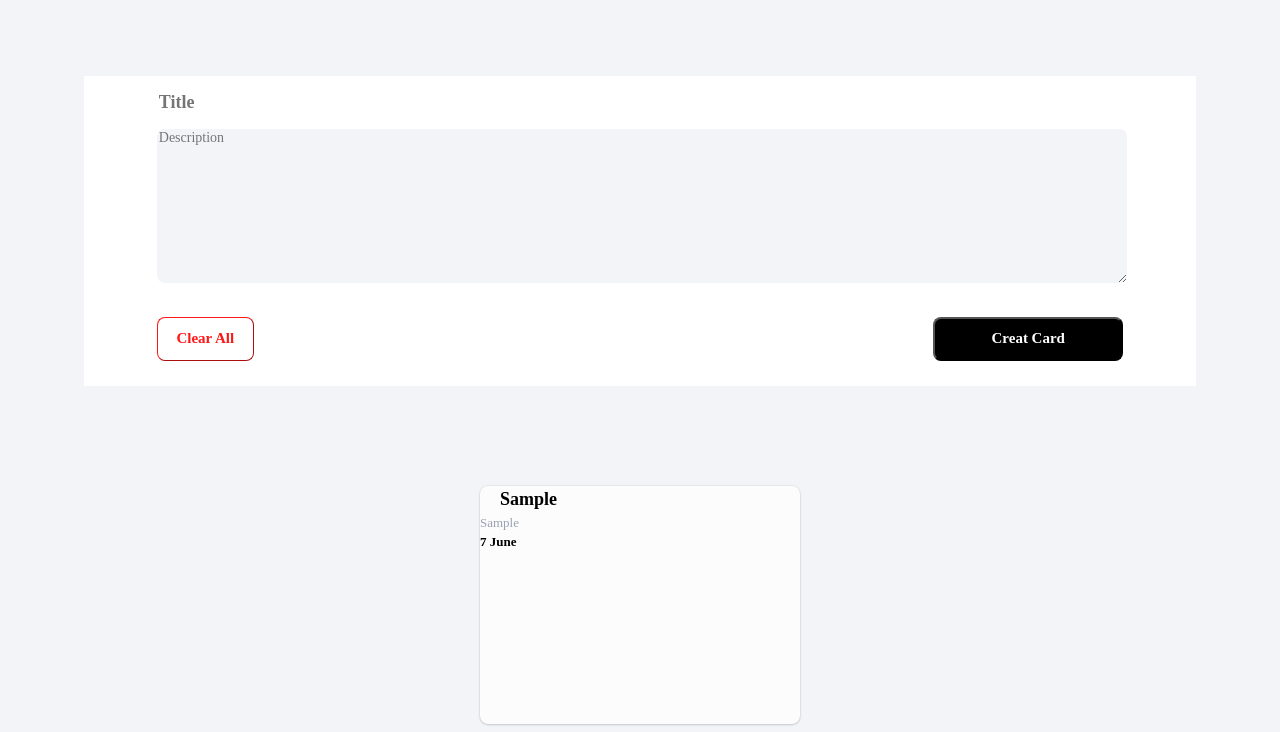
Repository: ReyhanehRahmani/TO-DO
Page: index.html
These files come from the project's save history. The page is drawn as it stood at one moment and after the next save; the edit follows.
The browser window is 1280 px wide. The pictures show the whole page.
Empty fields were first filled with sample values (such as "Sample", 5 or name@example.com).
After loading, the first visible `#creatbut` was clicked once.

Above is the page before, as saved 2025-06-08 10:45:06.

### index.html
<!DOCTYPE html>

<html lang="en">

    <head>

        <meta name="viewport" content="width=device-width, initial-scale=1.0" />

        <title>TO-DO</title>

        <link rel="icon" type="image/jpg" href="favicon.png">

        <link rel="stylesheet" href="style.css">

    </head>
    <body>
        <div id="main-card">
            <div id="content">
                <div >
                <div id="title">
                    <input type="text" id="titlebox" minlength="3" maxlength="30" placeholder="Title">
                </div>
                <div id="description">
                    <textarea type="text" id="descriptionbox" maxlength="200" placeholder="Description"></textarea>
                </div>
                </div>

                <div id="buttons">
                    <div id="clear"><button id="clearbut">Clear All</button></div>
                    <div id="creat"><button id="creatbut">Creat Card</button></div>
                </div>
            </div>
        </div>
        <div id="cardsContainer"></div>
        <script src="script.js"></script>
    </body>

### style.css
body{
    background-color: #F2F4F7;
}



#main-card{
    margin-left: 6%;
    margin-right: 6%;
    margin-top: 6%;
    background-color: #FFFFFF;
}

#content{
    margin-right: 6.557377049%;
    margin-left: 6.557377049%;
    margin-top: 6.557377049%;
    margin-bottom: 6.557377049%;
}

#titlebox{
    font-family: Poppins;
    font-weight: 700;
    font-size: 18px;
    line-height: 150%;
    letter-spacing: -2%;
    border: none;
    width: 100%;
    height: 51px;
}

#descriptionbox{
    border: none;
    width: 100%;
    font-family: 'Poppins';
    font-weight: 500;
    font-size: 14px;
    line-height: 100%;
    letter-spacing: -3%;
    height: 150px;
    border-radius: 8px;
    background: #F2F4F7;

}

#content{
    display: flex;
    flex-direction: column;
    justify-content: space-between;
    gap: 30px;
}

#buttons{
    display: flex;
    justify-content: space-between;
    gap: 12px;
    margin-bottom: 25px;
}

#clear{
    text-align: center;
    justify-content: center;
}

#clearbut{
    height: 44px;
    border-radius: 8px;
    border-width: 1.4px;
    border-color: #FF1616;
    background-color: #FFFFFF;
    font-family: 'Poppins';
    font-weight: 700;
    font-size: 15px;
    line-height: 100%;
    letter-spacing: -3%;
    color: #FF1616;
    white-space: nowrap;
    width: 97px;

}

#creat{
    text-align: center;
    justify-content: center;
}

#creatbut{
    height: 44px;
    border-radius: 8px;
    background: #000000;
    font-family: 'Poppins';
    font-weight: 600;
    font-size: 15px;
    line-height: 100%;
    letter-spacing: -3%;
    color: #FFFFFF;
    width: 190px;

}

.cardsContainer{
    justify-content: center;
}


.card {
    width: 320px;
    height: 238px;
    border-radius: 8px;
    background: #FCFCFD;
    box-shadow: 0px 0.5px 2px 0px #1018284D;
    justify-self: center;

}

.cardItems{
    justify-self: center;
}

.cardTitle{
    font-family: Poppins;
    font-weight: 700;
    font-size: 18px;
    line-height: 150%;
    letter-spacing: -2%;
    margin-left: 6.25%;
    margin-top: 100px;
}

.cardDate{
    font-family: Poppins;
    font-weight: 600;
    font-size: 13px;
    line-height: 150%;
    letter-spacing: -2%;

}

.cardDesc{
    font-family: Poppins;
    font-weight: 500;
    font-size: 13px;
    line-height: 150%;
    letter-spacing: -2%;
    color: #98A2B3;

}

### script.js
document.getElementById("creatbut").onclick = function () {

    const title = document.getElementById("titlebox").value.trim();
    const desc = document.getElementById("descriptionbox").value.trim();

    const card = document.createElement("div");
    card.classList.add("card");

    const cardItems =document.createElement("div");
    card.classList.add("cardItem");

    card.appendChild(cardItems);

    const titleElem = document.createElement("div");
    titleElem.classList.add("cardTitle");
    titleElem.textContent = title;

    const descElem = document.createElement("div");
    descElem.classList.add("cardDesc");
    descElem.textContent = desc;

    const dateElem = document.createElement("div");
    dateElem.classList.add("cardDate");

    const now = new Date();
    const day = now.getDate();
    const monthNames = ["January", "February", "March", "April", "May", "June","July", "August", "September", "October", "November", "December"];

    const month = monthNames[now.getMonth()];

    const formattedDate = day + " " + month;

    dateElem.textContent = formattedDate;

    cardItems.appendChild(titleElem);
    cardItems.appendChild(descElem);
    cardItems.appendChild(dateElem);

    document.getElementById("cardsContainer").appendChild(card);

    document.getElementById("titlebox").value = "";
    document.getElementById("descriptionbox").value = "";
};

After the next save:
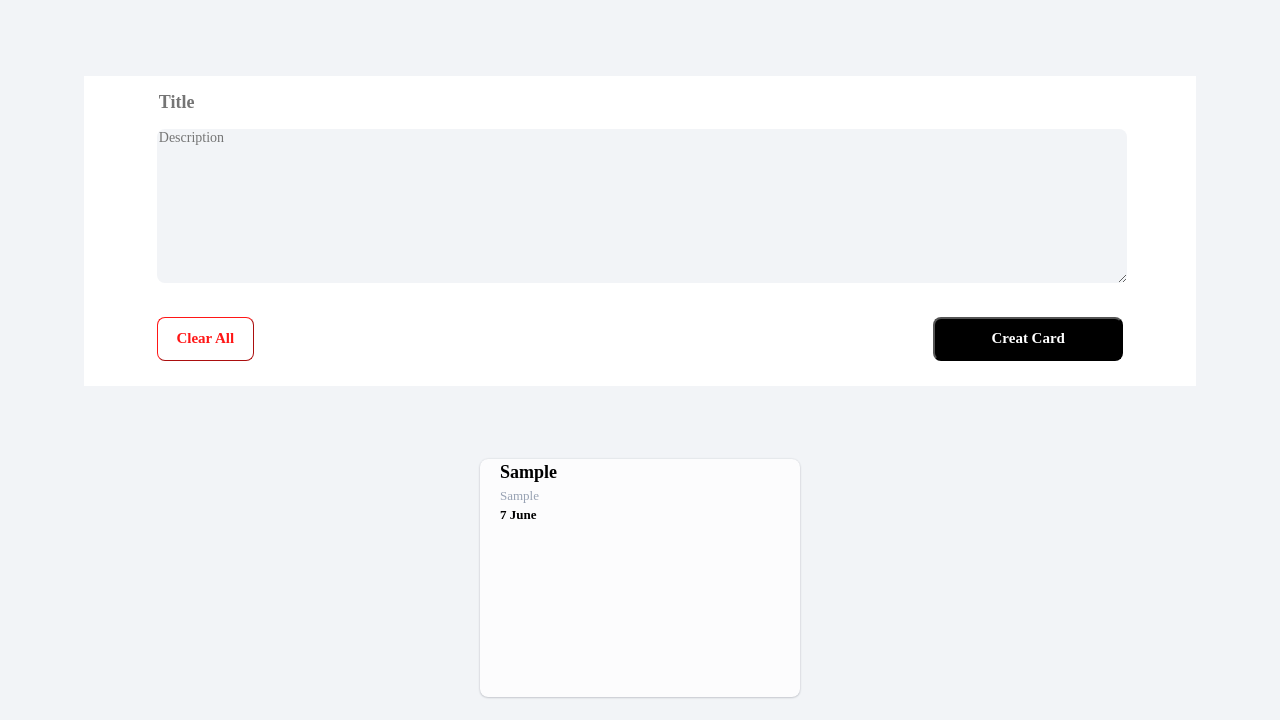
Saved 24 s later.
--- a/style.css
+++ b/style.css
@@ -124,7 +124,6 @@ body{
     line-height: 150%;
     letter-spacing: -2%;
     margin-left: 6.25%;
-    margin-top: 100px;
 }
 
 .cardDate{
@@ -133,6 +132,7 @@ body{
     font-size: 13px;
     line-height: 150%;
     letter-spacing: -2%;
+    margin-left: 6.25%;
 
 }
 
@@ -143,5 +143,6 @@ body{
     line-height: 150%;
     letter-spacing: -2%;
     color: #98A2B3;
+    margin-left: 6.25%;
 
 }
